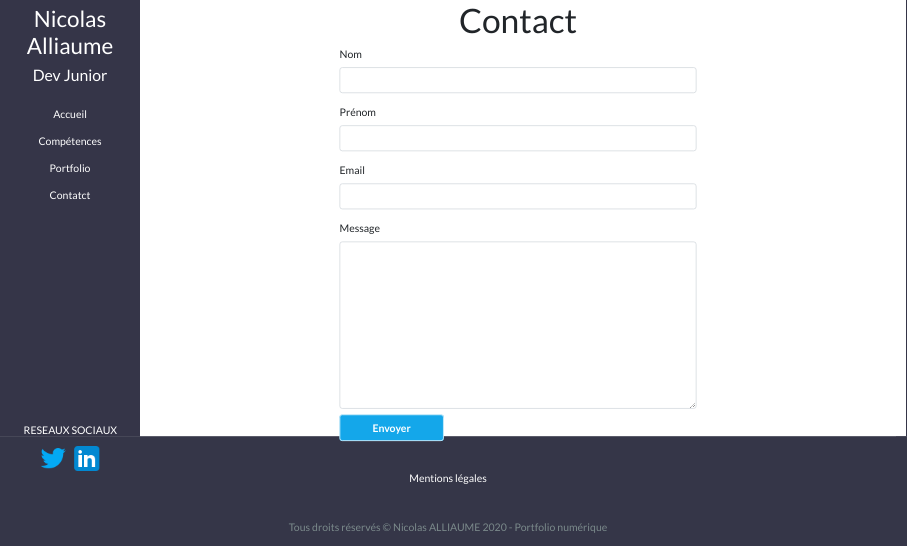
Repository: Nicolas-al/alliaumen
Page: templates/main/index.html.twig
An editor plug-in stored every save of this project. The page is shown before and after the next save, followed by the edit.
The browser window is 1280 px wide. The page is 1295 px wide, so the pictures cover 1295 px, including what lies to the right of the window. The pictures show the part of the page from y = 0 to 1880 px (the page is 780 px tall before and 6434 px after), at 70% of full size.
After loading, the first visible `#form_button` was clicked once.
Some web fonts or font styles are not loaded; a fallback is used. Some web libraries are served in a nearby version. The page is a Twig template of a Symfony application; nobody is signed in and links lead nowhere. Other server files are loaded and not shown. The template is opened directly, without the code that normally fills it, so the values that code supplies are empty.

Above is the page before, as saved 2020-10-10 18:53:56.

### templates/main/index.html.twig
{% extends 'base.html.twig' %}


{% block body %}
    <div class="wrapper">
        <nav id="sidebar">
        {% include 'main/aside.html.twig' %}
        </nav>
        <div id="all-content">
            <div id="visible-content">
                <div class="col-lg-12 mt-5" id="header">
                        <div class="row">
                            <div class="col-lg-3 col-sm-3 offset-md-1" id="block_photo">
                                <img src="{{ asset('images/29273464-photo-de-profil-avatar.jpg') }}" alt="image de profil" style="width : inherit">
                            </div>
                            <div class="col-lg-8 col-sm-8" id="block_profil">
                                <div class="text-center d-flex" id="profil">
                                    <div class="block-down">
                                        <i class="fas fa-angle-double-down double-down"></i>
                                    </div>
                                    <div class="from-center">Mon profil</div>
                                </div>
                                <ul class="list-group list-group-flush" id="profil_panel">
                                    <li class="list-group-item">Diplôme : Master Sociologie Rennes 2</li>
                                    <li class="list-group-item list-group-item-secondary">Age : 29</li>
                                    <li class="list-group-item">Formation Web : Openclassroom</li>
                                    <li class="list-group-item list-group-item-secondary">Intitulé : Developpeur Web Junior</li>
                                    <li class="list-group-item">Parcours : Virage à 180, non pas par dégoût bien au contraire, j'ai acquis des connaisances importantes. J'ai découvert ce domaine et voyez la suite de ce site par vous même. </li>
                                </ul>
                            </div>
                        </div>
                </div>
                <div id="block_competences">
                        <div class="block_title">
                            <div class="title_elmt">
                                <div class="minus_block">
                                    <i class="fas fa-minus minus_one"></i>
                                    <i class="fas fa-minus minus_two"></i>
                                    <i class="fas fa-minus minus_three"></i>
                                </div>
                                <div class="title">
                                    <img src="{{ asset('images/icons/icon-skills.png') }}" alt="icon d'une tête d'humain" class="" />
                                    <h4>Compétences</h4>
                                </div>
                            </div>
                        </div>

                        <div id="skills">
                            <div class="h-50" id="front">
                                <div class="skills col-lg-12">
                                    <div class="row h-100">
                                        <div class="col-lg-12 d-flex mt-2 justify-content-center skills-title">
                                            <i class="fas fa-code"></i>
                                            <p class="align-title"><strong>Frontend</strong></p>
                                        </div>
                                        <div class="col-lg-12 mt-2" id="text_black">
                                            <div class="row text-center">
                                            {% for skill in skills %}
                                                {% if skill.type == "Frontend" %}
                                                    <div class="col-lg-4 col-sm-4 logo-skills">
                                                    {% if skill.logo %}
                                                        <img src="{{ vich_uploader_asset( skill, 'logoFile') | imagine_filter('small_thumb')}}" alt="">
                                                    {% endif %}
                                                        <p> {{ skill.name }} </p>
                                                    </div>
                                                {% endif %}
                                            {% endfor %}
                                            </div>
                                        </div>
                                    </div>
                                </div>
                            </div>
                            <div class="h-50" id="back">
                                <div class="skills col-lg-12">
                                    <div class="row h-100">
                                        <div class="col-lg-12 d-flex justify-content-center mt-2 skills-title">
                                            <i class="fas fa-database text-white"></i>
                                            <p class="align-title text-white"><strong>Backend</strong></p>
                                        </div>
                                        <div class="col-lg-12 mt-2 text-white" id="text_white">
                                            <div class="row text-center">
                                                {% for skill in skills %}
                                                    {% if skill.type == "Backend" %}
                                                        <div class="col-lg-4 col-sm-4 logo-skills" >
                                                        {% if skill.logo %}
                                                            <img src="{{ vich_uploader_asset( skill, 'logoFile') | imagine_filter('small_thumb')}}" alt="">
                                                        {% endif %}
                                                            <p> {{ skill.name }} </p>
                                                        </div>
                                                    {% endif %}
                                                {% endfor %}
                                            </div>
                                        </div>
                                    </div>
                                </div>
                            </div>
                        </div>
                </div>
                <div class="mt-5" id="block_portfolio">

                    <div class="col-lg-12 block_title mb-3">
                        <div class="title_elmt">
                            <div class="minus_block">
                                <i class="fas fa-minus minus_one"></i>
                                <i class="fas fa-minus minus_two"></i>
                                <i class="fas fa-minus minus_three"></i>
                            </div>
                            <div class="title">
                                <img src="{{ asset('images/icons/icon-portfolio.png') }}" alt="lampe qui éclair" class="" />
                                <h4>Portfolio</h4>
                            </div>
                        </div>
                    </div>
                    <div class="offset-lg-1 col-lg-10 offset-sm-1 col-sm-10" id="para_portfolio">
                        <p> Ici sont présentés les projets effectués par moi même. Constatez par vous même en vous rendant directement sur un projet. N'hésitez pas à selectionner une carte projet pour afficher son contenu sur le panneau. En bas du panneau sont détaillées les compétences utilisés</p>
                    </div>
                    <div class="d-flex m-auto block_slides">

                        {% for project in portfolio %}

                        <div class="panel_project">
                            <div class="description_project">
                                <div class="">
                                    <div class="col-lg-12">
                                        <h4>{{ project.title }}</h4>
                                    </div>
                                    <div class="col-lg-12">
                                        <p> {{ project.description }}</p>
                                    </div>
                                </div>
                            </div>
                            <div class="project">
                                <img src="{{ vich_uploader_asset(project, 'imageFile') | imagine_filter('slider_thumb')}}" alt="image projet">
                            </div>
                            <div class="skills_project">
                                <div class="row">
                                    <div class="col-lg-12">
                                        <p> <span>Compétences utilisées :</span> {{ project.skills }}</p>
                                    </div>
                                </div>
                            </div>
                            <div class="project_link">
                                    <a href="{{ path('portfolio', {'id' : project.id})  }}" class="text-white"> voir la page projet </a>
                            </div>
                        </div>

                        {% endfor %}
                    </div>

                    <div class="col-lg-12" id="block_project_card">
                        <div class="row" id="projects_cards">

                            {% for project in portfolio %}

                            <div class="project_card">
                                <div class="project_content">
                                    <h6> {{ project.title }} </h6>
                                    <img src="{{ vich_uploader_asset( project, 'imageFile') | imagine_filter('medium_thumb')}}" alt="">
                                    <p> {{ project.description }} </p>
                                    <p> {{ project.skills }} </p>
                                </div>
                            </div>

                            {% endfor %}

                        </div>
                    </div>
                </div>
                <div id="block_contact">
                    <div class="col-lg-12 block_title">
                        <div class="title_elmt">
                            <div class="minus_block">
                                <i class="fas fa-minus minus_one"></i>
                                <i class="fas fa-minus minus_two"></i>
                                <i class="fas fa-minus minus_three"></i>
                            </div>
                            <div class="title">
                                <img src="{{ asset('images/icons/icon-contact-de-messagerie.png') }}" alt="icon d'une tête d'humain" class="" />
                                <h4>Contact</h4>
                            </div>
                        </div>
                    </div>
                    <div class="col-lg-12 pl-5">

                        <address>
                            <p class="d-inline"> Email : </p>
                            <a href="mailto:alliaume.nicolas@gmail.com">alliaume.nicolas@gmail.com</a><br>
                        </address>
                    </div>
                    <p class="col-lg-12 pl-5">
                        Laissez moi un message si vous le souhaitez après avoir cliqué sur le bouton ci-dessous.
                    </p>
                    <div class="col-lg-12 pl-5">
                        <button class="button" id="form_button">
                            <a href="#contact_form" id="form_link" class="font-weight-bold text-white">
                            laisser un message</a>
                        </button>
                    </div>

                </div>


            </div>

            {% include 'contact/index.html.twig' %}

        </div>
    </div>
    <div>
       {% include 'main/footer.html.twig' %}
    </div>
{% endblock %}


{% block footer %}

{% endblock %}

### templates/base.html.twig
<!DOCTYPE html>
<html>
    <head>
        <lang="fr">
        <meta charset="UTF-8">
        <meta name="viewport" content="width=device-width, initial-scale=1">
        <!-- Open Graph data -->
        <meta name="description" content="Portfolio developpeur Web"/>
        <link rel="canonical" href="http://alliaumen.com/" />
        <meta property="og:locale" content="fr_FR" />
        <meta property="og:type" content="website" />
        <meta property="og:title" content="Portfolio Nicolas-A" />
        <meta property="og:description" content="Portfolio présentant l'ensemble de mes compétences ainsi que les projets effectués dans le Developpement Web" />
        <meta property="og:url" content="http://alliaumen.com/" />
        <meta property="og:site_name" content="Portfolio Nicolas-A" />

        <!-- Twitter cards -->

        <meta name="twitter:card" content="summary_large_image" />
        <meta name="twitter:description" content="Portfolio présentant l'ensemble de mes compétences ainsi que les projets effectués dans le Developpement Web" />
        <meta name="twitter:title" content="Portfolio Nicolas-A | Compétences et projets personnel dans le developpement web" />
        <meta name="twitter:site" content="@PortfolioNA" />
        <meta name="twitter:image" content="https://blog.octopulse.io/wp-content/uploads/2019/05/logo-seul-couleur@2x-e1556899421228.png" />

        <title>{% block title %}Projet5!{% endblock %}</title>
        {% block stylesheets %}
        <link type="text/css" rel="stylesheet" href="{{ asset('/css/style.css') }}" />
        <link type="text/css" rel="stylesheet" href="{{ asset('/css/project.css') }}" />
        <link rel="stylesheet" href="https://bootswatch.com/4/flatly/bootstrap.min.css">
        <link rel="stylesheet" href="https://cdnjs.cloudflare.com/ajax/libs/font-awesome/5.9.0/css/all.css">
        <link href="https://fonts.googleapis.com/css2?family=Oswald&family=Philosopher&family=Roboto&family=Crete+Round&family=Dosis:wght@600&family=Merienda:wght@700&display=swap" rel="stylesheet">
        <script src="https://code.jquery.com/jquery-3.5.1.min.js" integrity="sha256-9/aliU8dGd2tb6OSsuzixeV4y/faTqgFtohetphbbj0=" crossorigin="anonymous"></script>
        <script src="{{ asset('js/accueil/profil.js') }}"></script>
        <script src="{{ asset('js/accueil/skills.js') }}"></script>
        <script src="{{ asset('js/accueil/slider.js') }}"></script>
        <script src="{{ asset('js/accueil/contact.js') }}"></script>

        {% endblock %}
    </head>
    <body>

            {# {% block aside %}{% endblock %} #}
            {% block body %}{% endblock %}
            {% block javascripts %}{% endblock %}
            <footer>
            {% block footer %}{% endblock %}
            </footer>
            <script src="{{ asset('js/portfolio/deleteCom.js') }}"></script>
            <script src="{{ asset('js/portfolio/banIp.js') }}"></script>
    </body>
</html>

### templates/main/aside.html.twig

    {% block sidebar %}
            <div class="sidebar-header">
                <h3 class="text-center">Nicolas Alliaume</h3>
                <h4 class="text-center">Dev Junior</h4>
            </div>
            <div class="navbar navbar-expand text-center">
                <ul class="nav" style="width: -webkit-fill-available">
                    <li class="nav-item active"><a href="/#" class="nav-link text-white">Accueil</a></li>
                    <li class="nav-item"><a href="/#block_competences" class="nav-link text-white">Compétences</a></li>
                    <li class="nav-item"><a href="/#block_portfolio" class="nav-link text-white">Portfolio</a></li>
                    <li class="nav-item"><a href="/#block_contact" class="nav-link text-white">Contatct</a></li>
                </ul>
            </div>
            <div class="block_network">
                <h6>RESEAUX SOCIAUX</h6>
                <div class="d-flex justify-content-center">
                    <img class="" src="{{ asset('images/icons/icon-twitter.png') }}" alt="icon de twitter">
                    <img src="{{ asset('images/icons/icon-linkedin.png') }}" alt="icon de linkedin">
                </div>
            </div>
    {% endblock %}

### templates/contact/index.html.twig

<div class="modal_contact">
    <div class="row" id="contact_form">
        <div class="col-lg-4 offset-lg-4 text-center">
            <h1>
            Contact
            </h1>
        </div>
    </div>
    <div class="container">
        <div class="row">
            <div class="col-lg-6 mx-auto" id="contact_block">
                    <div class="form-group">
                        <label for="name">Nom</label>
                        <input type="text" class="form-control" name="name" id="name">
                        <small id="emailHelp" class="form-text text-muted"></small>
                    </div>
                    <div class="form-group">
                        <label for="firstname">Prénom</label>
                        <input type="text" class="form-control" id="firstname">
                    </div>
                    <div class="form-group">
                        <label for="mail">Email</label>
                        <input type="mail" class="form-control" id="mail">
                    </div>
                    <div class="form-group">
                        <label for="message">Message</label>
                        <textarea type="textarea" class="form-control" rows="10" id="message"></textarea>
                    </div>

                    <a class="button font-weight-bold text-white" id="button_form" href="#contact_form">Envoyer</a>
                    <p id="errors_form"></p>
            </div>
        </div>
    </div>
</div>

### templates/main/footer.html.twig
  {% block footer %}
                <footer class="row">
                    <div class="col-lg-12 mb-5 mt-5 text-center">
                        <a href="{{ path("mentions") }}" class="text-white">Mentions légales</a>
                    </div>
                    <div class="col-lg-12 text-dark copyright">
                            <p class="text-center">Tous droits réservés © Nicolas ALLIAUME 2020 - Portfolio numérique</p>

                    </div>
                </footer>
{% endblock %}

### public/css/project.css
/* ------------ Project Page -------------- */

h1{
    text-align: center;
    margin: 4%;
}
.project_page p{
    font-size: 1.1em;
    margin: 4% 0%;
    text-align: center;
}
.content{
    width: 100%;
}
figure{
    text-align: center;
}
figure img{
    box-shadow: 2px 2px 13px;
    width: 100%;
}
figure .btn{
    background: #353648;
    margin-top: 20px;
}
figure a{
    color: white;
}
figcaption{
    margin-top: 10px;
}
#comment_block{
    margin-bottom: 30px;
}
#comments{
    margin-bottom: 9%;
    margin-top: 4%;
}
#comments .comment{
    margin-bottom: 30px;
    border: 1px gainsboro;
    box-shadow: 1px 1px 5px;
}
#author_comment{
background-color: #353648;
color :white
}
#content_comment{
background-color: #ffffff;
padding: 9px 10px;
}

### public/js/accueil/contact.js
$(document).ready(function () {
        // on click pour afficher le formulaire
        ($('#form_button')).click(function(){
            $('.modal_contact').show();
            $('#visible-content').hide();
            $('#sidebar').on('click', function(){
                $('.modal_contact').hide();
            });
        });
        //on attribut un href au btn de validation du formulaire
        if($('.modal_contact').hide()){
            console.log($('#form_link').attr("href"));
            $('#form_link').attr("href", "#contact_form");
        }
        // on click pour valider le formulaire
        $('#button_form').on('click', function(e){
            var name = $('#name').val();
            var firstName = $('#firstname').val();
            var mail = $('#mail').val();
            var message = $('#message').val();
            // si des champs sont vides : message erreur
            if (name === "" || firstName === "" || mail === "" || message === ""){
                var errorsForm = $('#errors_form').text("Un ou plusieurs champs ne sont pas remplis");
                errorsForm.fadeIn(300).delay(8000).fadeOut(1000);
            }
            // si tout es ok on fait une requete ajax
            else{
                $.ajax({
                    url: '/sendmail',
                    type: 'POST',
                    dataType : 'html',
                    data : 'name=' + name + '&firstname=' + firstName + '&mail=' + mail + '&message=' + message,
                    success: function (code_html, statut) { // success est toujours en place, bien sûr !
                        console.log(code_html);
                    },
                    error: function (resultat, statut, erreur) {
                    }
                });
                name = $('#name').val("");
                firstName = $('#firstname').val("");
                mail = $('#mail').val("");;
                message = $('#message').val("");
                $('.modal_contact').hide();
                console.log($("#button_form > a").attr("href"));
                $("#button_form > a").attr("href", "#block_contact");
            }
        });
});

Loaded but not shown: public/js/accueil/slider.js (51 lines, source omitted); public/js/accueil/profil.js (27 lines, source omitted); public/js/portfolio/deleteCom.js (19 lines, source omitted); public/js/portfolio/banIp.js (17 lines, source omitted); public/css/style.css (570 lines, source omitted)

After the next save:
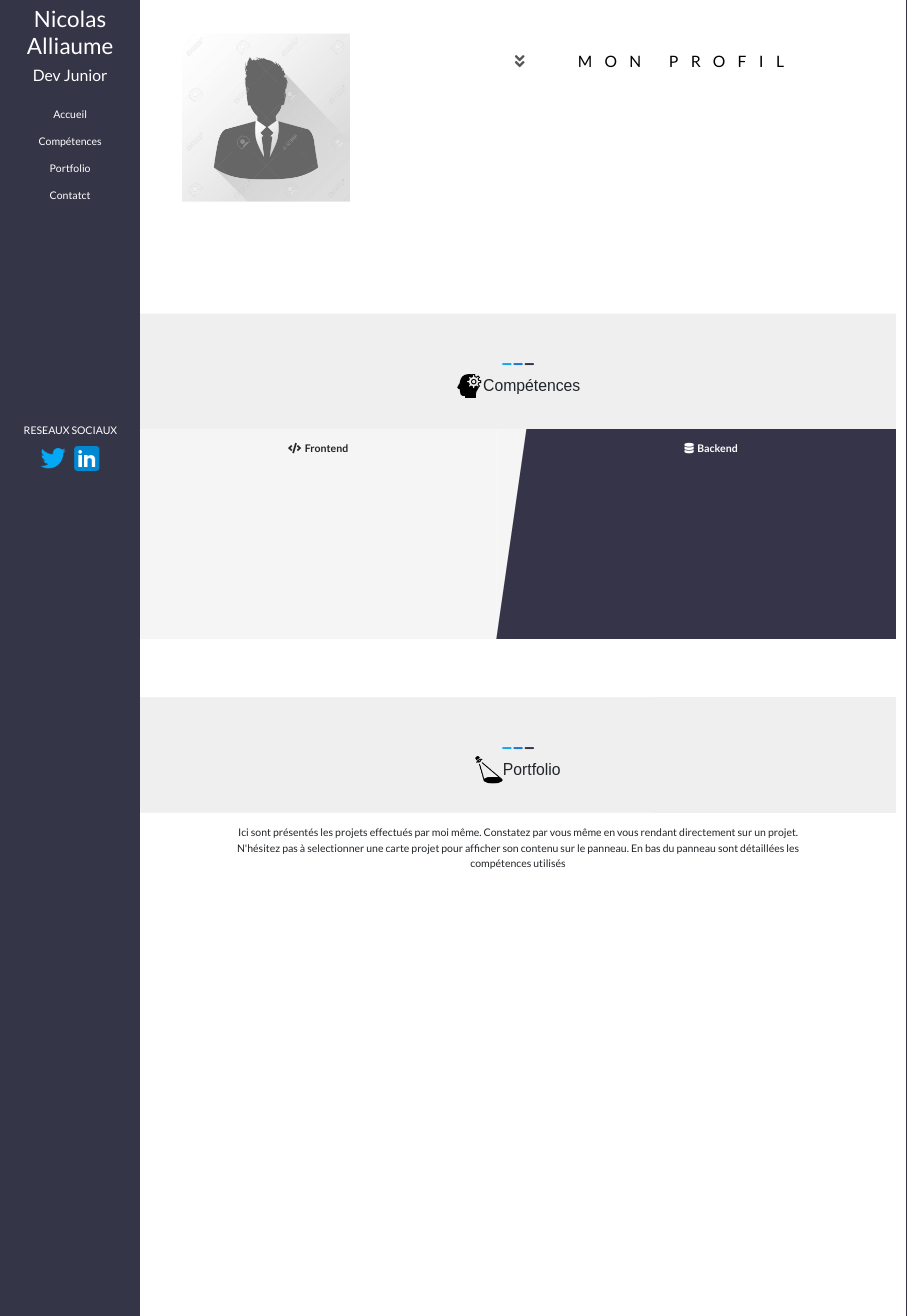
Saved 56 s later.
--- a/public/js/accueil/contact.js
+++ b/public/js/accueil/contact.js
@@ -2,7 +2,7 @@
         // on click pour afficher le formulaire
         ($('#form_button')).click(function(){
             $('.modal_contact').show();
-            $('#visible-content').hide();
+            // $('#visible-content').hide();
             $('#sidebar').on('click', function(){
                 $('.modal_contact').hide();
             });

After the save that followed:
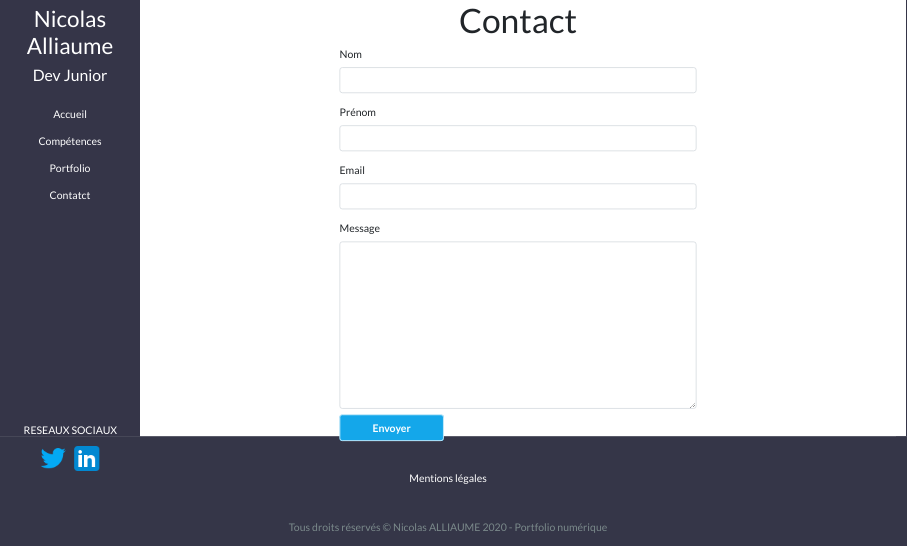
Saved 25 s later.
--- a/public/js/accueil/contact.js
+++ b/public/js/accueil/contact.js
@@ -2,7 +2,7 @@
         // on click pour afficher le formulaire
         ($('#form_button')).click(function(){
             $('.modal_contact').show();
-            // $('#visible-content').hide();
+            $('#visible-content').hide();
             $('#sidebar').on('click', function(){
                 $('.modal_contact').hide();
             });
